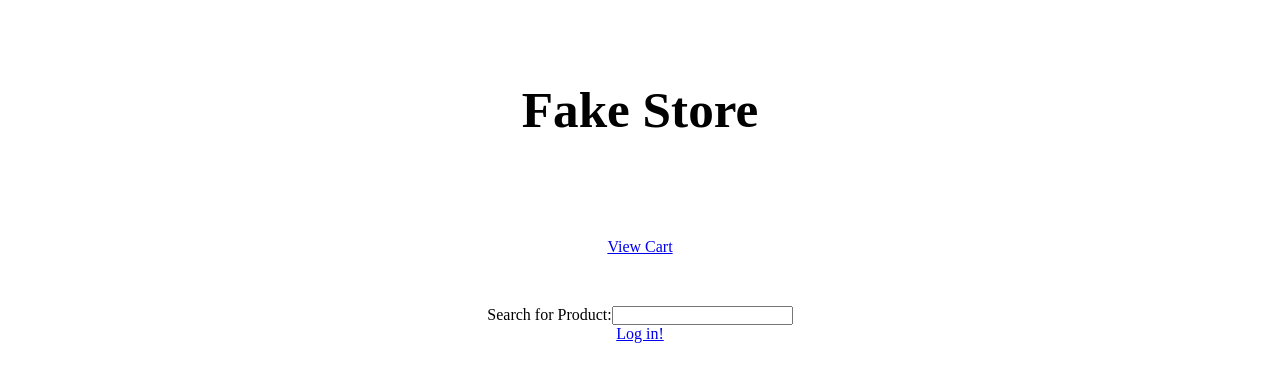
Repository: Andres513/CapStone
Page: /
The author's editor kept a copy of each file at every save. The page is drawn from the files as they stood at one save, then again after the next save.
The browser window is 1280 px wide. The pictures show the whole page.
The page's requests for data from a server got no answer. The project was rebuilt for these pictures with package versions that can differ from the ones it lists, and the page was loaded fresh each time. No one was signed in, and anything a server would have sent is missing. Also part of the build but not shown: vite.config.js, src/components/Login.jsx, src/components/Cart.jsx, src/components/SingleProduct.jsx, src/components/ProductsByCategory.jsx.

Above is the page before, as saved 2024-04-05 15:05:52.

After the next save:
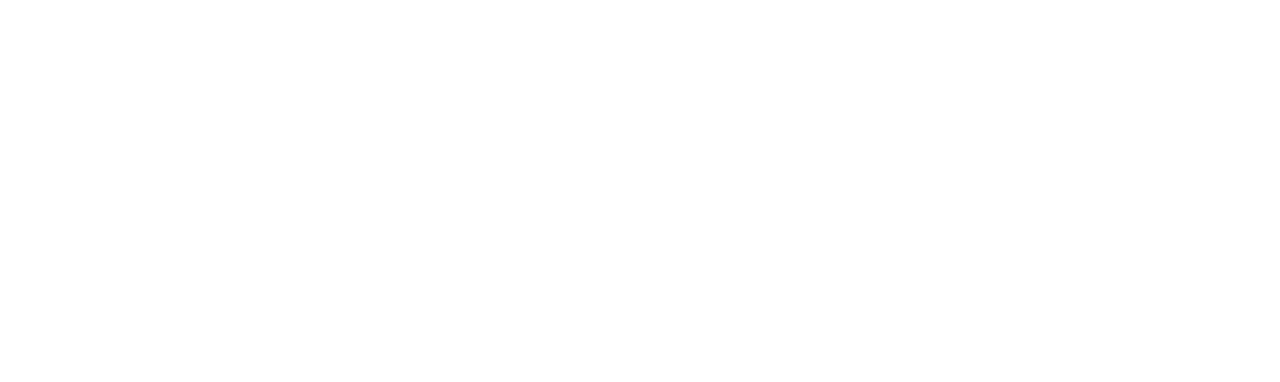
Console error: ReferenceError: useCart is not defined
Saved 6 min 23 s later.
--- a/src/components/FetchProducts.jsx
+++ b/src/components/FetchProducts.jsx
@@ -7,6 +7,7 @@
 export default function FetchProducts({products, setProducts, price, setPrice, token}){
     const [ error, setError ] = useState(null)
     const [ searched, setSearched ] = useState('')
+    const { cart, setCart } = useCart()
 
     useEffect(()=>{
         async function fetchProducts(){
@@ -27,6 +28,11 @@
          return product.title.toLowerCase().includes(searched.toLowerCase());
      });
 
+     const addToCart = (product) => {
+        const updatedCart = [...cart, product]
+        setCart(updatedCart)
+    }
+
 return (
         <>
         <h1>Fake Store</h1>
@@ -42,6 +48,7 @@
                     <h3>{product.title}</h3>
                     <img src={product.image} alt={product.title} /><br/>
                     <Link to={`/products/${product.id}`}>View Details</Link>
+                    <button onClick={addToCart}>Add to Cart</button><br/>
                 </div>
             ))}
             </div>

After the save that followed:
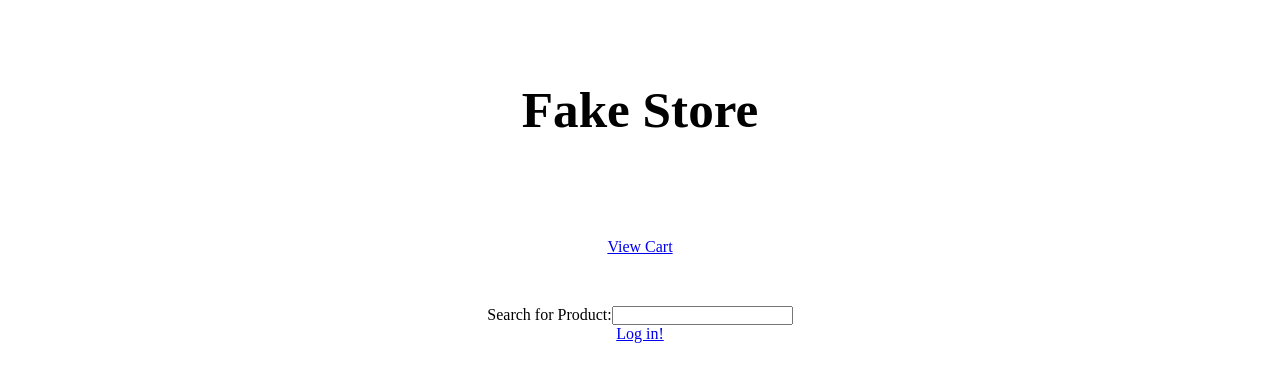
The error is gone.
Saved 8 min 5 s later.
--- a/src/components/FetchProducts.jsx
+++ b/src/components/FetchProducts.jsx
@@ -3,6 +3,7 @@
 import Login from "./Login"
 import Categories from "./Categories"
 import Cart from "./Cart"
+import { useCart } from "./CartContext"
 
 export default function FetchProducts({products, setProducts, price, setPrice, token}){
     const [ error, setError ] = useState(null)
